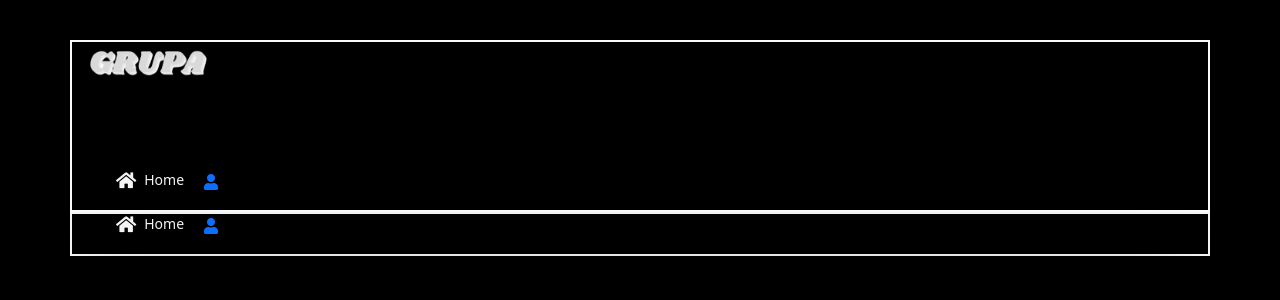
Repository: latenightsnacc/urban-pancake
Page: index.html
These files come from the project's save history. The page is drawn as it stood at one moment and after the next save; the edit follows.
The browser window is 1280 px wide. The pictures show the whole page.
Some web libraries are served in a nearby version.

Above is the page before, as saved 2021-04-30 14:20:08.

After the next save:
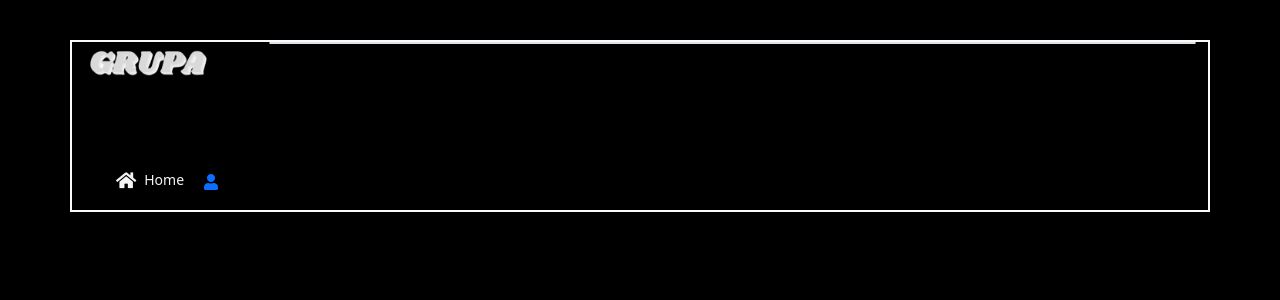
Saved 38 s later.
--- a/index.html
+++ b/index.html
@@ -40,34 +40,14 @@
                     </li>
                 </ul>
             </div>
-            <div class="w-5/6"></div>
+            <div class="w-5/6">
+            <div class="border rounded-lg">
+                <img src="" alt="">
+            </div>
+            </div>
         </div>
     </main>
 
-    <main class="wrapper container border-2 border-gray-100">
-        <!--Header-->
-        <header class="shadow-2xl">
-            <nav class="flex flex-row justify-between">
-
-
-                <ul class="flex flex-row">
-                    <li class="mr-5">
-                        <a href="index.html" class="flex flex-row items-center text-lg text-gray-100 no-underline">
-                            <i class="fas fa-home"></i>
-                            <span class="ml-2 hidden md:block capitalize text-sm">home</span>
-                        </a>
-                    </li>
-                    <li>
-                        <a href="#">
-                            <i class="fas fa-user"></i>
-                        </a>
-                    </li>
-                </ul>
-            </nav>
-        </header>
-
-        <!--End of Header-->
-    </main>
     <!--bootstrap JS-->
     <script src="https://cdn.jsdelivr.net/npm/bootstrap@5.0.0-beta3/dist/js/bootstrap.bundle.min.js" integrity="sha384-JEW9xMcG8R+pH31jmWH6WWP0WintQrMb4s7ZOdauHnUtxwoG2vI5DkLtS3qm9Ekf" crossorigin="anonymous"></script>
 </body>
